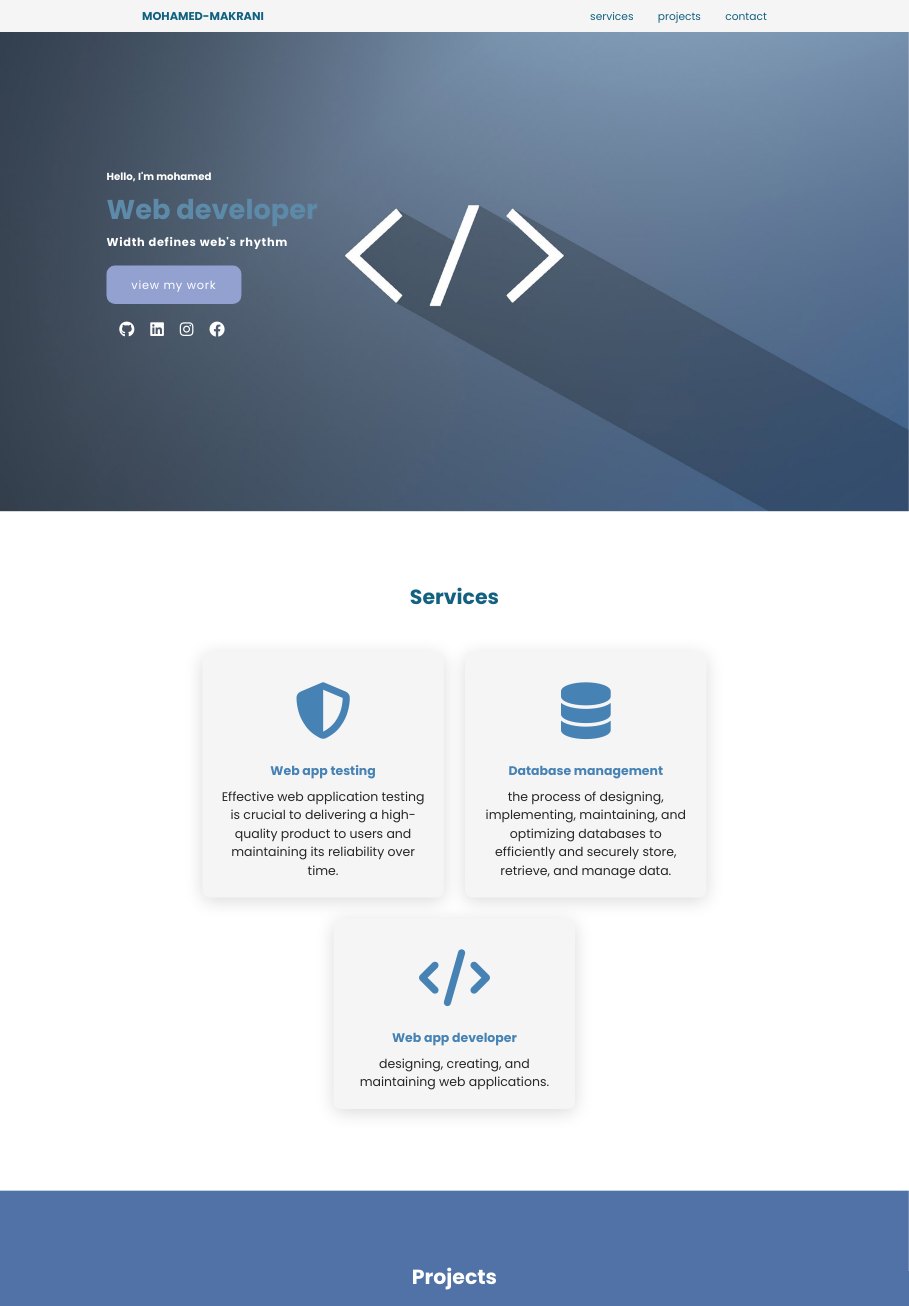
Repository: mohamed-makrani/Portfolio
Page: indixe.html
These files come from the project's save history. The page is drawn as it stood at one moment and after the next save; the edit follows.
The browser window is 1280 px wide. The pictures show the part of the page from y = 0 to 1840 px (the page is 2367 px tall), at 71% of full size.
A picture or video elsewhere on the page could not be fetched, so the positions and the page height are approximate. Backgrounds fixed to the window are drawn as part of the page.

Above is the page before, as saved 2023-09-16 23:22:55.

After the next save:
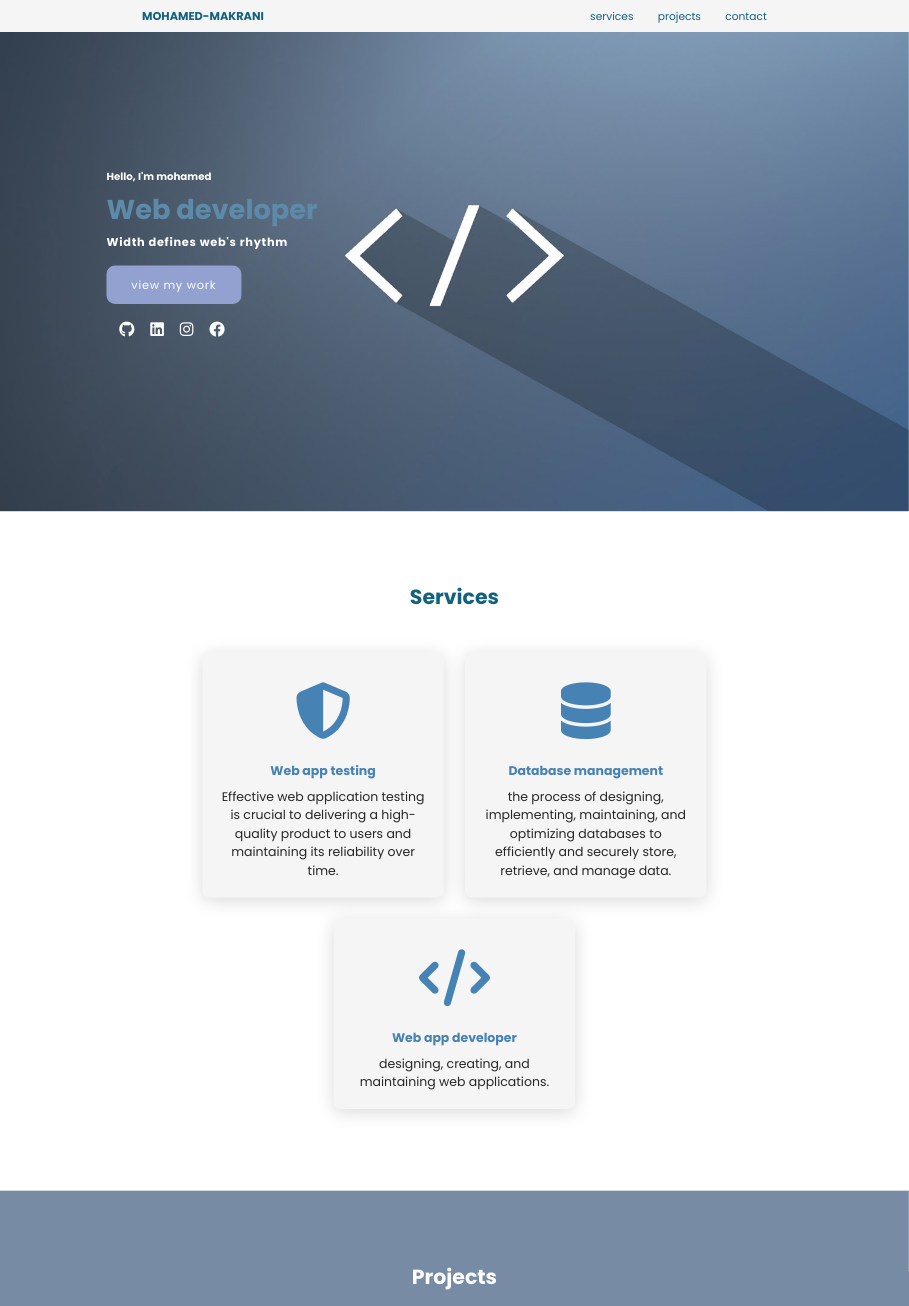
Saved 75 s later.
--- a/style.css
+++ b/style.css
@@ -160,7 +160,7 @@ transition: 0.7s ease;
 
 }
 .Projects{
-   background-color: #5072a7;
+   background-color: #778ba5;
 }
 .projec-title{
 
